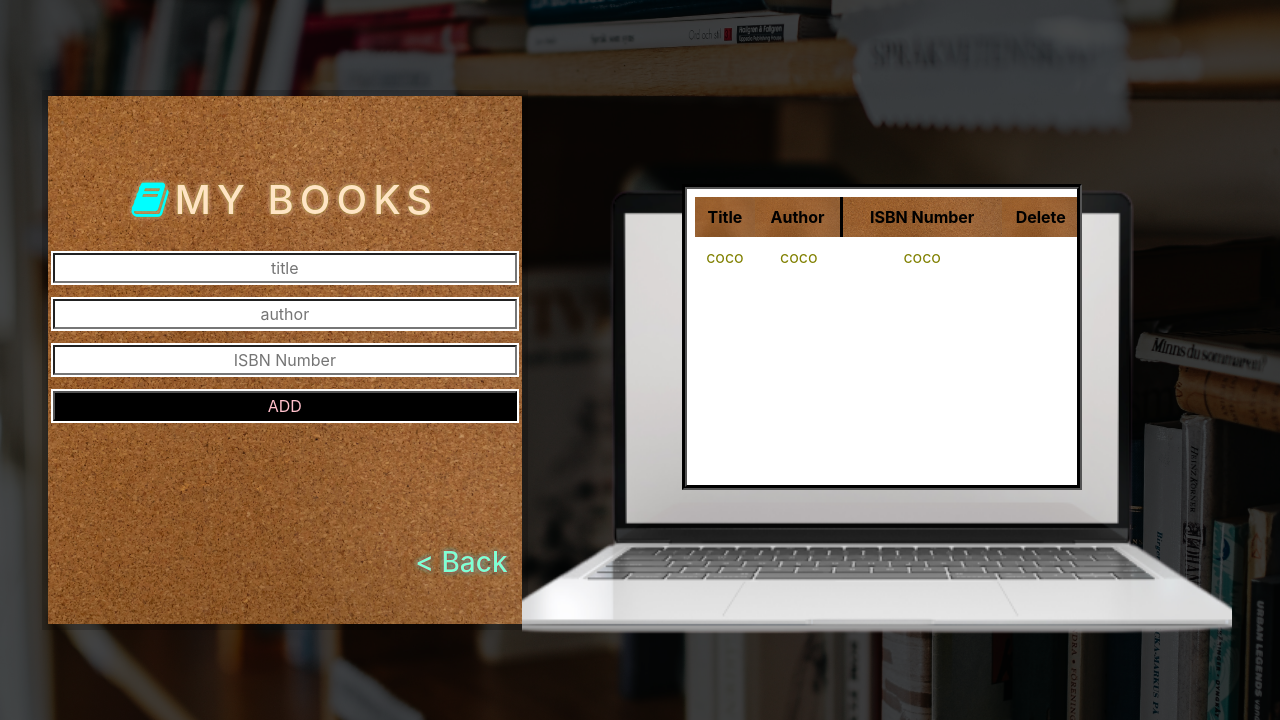
Repository: CSituma/Home-Library-App
Page: libu.html
These files come from the project's save history. The page is drawn as it stood at one moment and after the next save; the edit follows.
The browser window is 1280 px wide. The pictures show the whole page.
Some web libraries are served in a nearby version.

Above is the page before, as saved 2020-11-10 10:06:47.

### libu.html
<!DOCTYPE html>
<html lang="en">
<head>
    <meta charset="UTF-8">
    <meta name="viewport" content="width=device-width, initial-scale=1.0">
    <meta http-equiv="X-UA-Compatible" content="ie=edge">
    <link rel="stylesheet" href="style.css">
    <link rel="stylesheet" href="https://cdnjs.cloudflare.com/ajax/libs/font-awesome/4.7.0/css/font-awesome.min.css"/>
<link rel="stylesheet" href="https://stackpath.bootstrapcdn.com/bootstrap/4.5.0/css/bootstrap.min.css" integrity="sha384-9aIt2nRpC12Uk9gS9baDl411NQApFmC26EwAOH8WgZl5MYYxFfc+NcPb1dKGj7Sk" crossorigin="anonymous"/>
<link rel="stylesheet" href="https://cdnjs.cloudflare.com/ajax/libs/animate.css/4.0.0/animate.min.css"/>
  <title>BOOK TRACKER</title>
</head>
<body>
    <div class="columns">
        <div class="js">

            <h1><i class="fa fa-book"></i>MY BOOKS</h1>
            <form id="form">
                <input type= "text" id= "title"  placeholder="title">
                <input type= "text" id= "author" placeholder="author" >
                <input type= "text" id= "number" placeholder="ISBN Number">
                <input type= "submit"id= "button" value="ADD">
            </form>
        <h3> <a href= "./index.html"> < Back </a></h3>
        </div>
        <div class="storage" >
              <div class="storage_items">
        <table id="table">
            <thead>
                <tr>
                <th id="title">Title</th>
                <th>Author</th>
                <th>ISBN Number</th>
                <th>Delete</th>
                </tr>
                </thead>
                <tbody class="Booklist" id="booklist">
                      <tr>
                          <td>coco</td>
                          <td>coco</td>
                          <td>coco</td>
                          <td></td>

                      </tr>
                </tbody>
            </table>
            </div>
        </div>
</div>
    <script src="lib.js"></script>
 </body>
 </html>

### style.css
/*homepage//////////////*/
body,
html {
  width: 100%;
  margin: 0;
  padding: 0;
  height: 100%;
  background: url("./images/sandra-seitamaa-qkIWnKtGhg4-unsplash.jpg")
    center/cover no-repeat fixed;
}

.container {
  margin: 10em 20em 20em 20em;
  height: 400px;
  width: 40%;
  background-color: rgba(146, 116, 15, 0.445);
  text-align: center;
}

.lol {
  padding-top: 5em;
  font-weight: 800;
  font-style: italic;
}
span {
  color: yellow;
  font-weight: 400;
}
#lolone {
  color: ghostwhite;
}

h3 {
  padding-top: 4em;
  float: right;
  margin-right: 0.5em;
  font-weight: 900;
  font-size: 2rem;
  text-shadow: 0 0 3px #FF0000, 0 0 5px aqua;
}

h3 a {
  text-decoration: none;
 color: aquamarine;

}

h3 a:hover {
  text-decoration: none;
  color: burlywood;
}

#you {
  padding: 1rem;
  color: gold;
}

/*library////////////////*/
.columns {
  display: flex;
  justify-content: space-between;
  max-width: 100%;
  max-height: 100%;
  background: rgba(0, 0, 0, 0.692) fixed;

}
h1{
  letter-spacing: 6px;
  text-shadow: 0 0 3px olive, 0 0 5px pink;
  padding-top:2em;
  margin: 0;
  color: bisque;

}
table {
  background: black;
  width: 100%;
  margin:0.5em;
  margin-left:0.2em;
  text-align: center;
  color:white;

}


td{
  margin: 2em;
}
tr{
  border-left: white 5px solid;
  height: 40px;
}
th {
  color: black;
  background:url('./images/josephine-bredehoft-KsAo8ouBn8A-unsplash.jpg') center/cover no-repeat;
  outline: none;
}
tbody tr:nth-child(odd){
  background:white;
 color: olive;
}
tbody tr:nth-child(odd):hover {
  box-shadow: 0 0 0 2px white;

}
tbody tr:nth-child(even){
background:black;

}
tbody tr:nth-child(even):hover{
  box-shadow: 0 0 0 2px gray;
}

 .fa {
   color:aqua;
 }
 .fa:hover{
   font-size:1.3em;
 }
form {
  padding: 0.3em;
  margin-top: 1em;
}

form input {
  width: 100%;
  margin: 0.5em 0;
  -webkit-box-shadow: 0 0 0 2px white;
  box-shadow: 0 0 0 2px white;
}

:placeholder-shown {
  text-align: center;
}

#button {
  color: pink;
  background-color: black;
}

/*/////////////////////////////////*/
.storage_items {

  background-color: white;
  width:100%;
  max-height: 70%;
  margin-left: 8em;
  margin-top: 5em;
  margin-bottom: 2em;
  border: rgb(0, 0, 0) 5px solid;
  border-style: groove;
  padding-bottom: 15em;
  overflow: scroll;
  scroll-behavior: smooth;
  scrollbar-width: 2px;
}
.storage {
  background:url("./images/1463-removebg-preview.png") center/cover no-repeat;
  width: 60%;
  height: 85vh;
  margin: 6em 3em 6em 0;
  border-radius: 3px;

}
.js {
  -webkit-box-shadow: 0 0 0 6px rgba(0, 0, 0, 0.191);
  box-shadow: 0 0 0 6px rgba(0, 0, 0, 0.191);
  text-align: center;
  width: 40%;
  margin: 6em 0em 6em 3em;
  background: url("./images/josephine-bredehoft-KsAo8ouBn8A-unsplash.jpg")
    center/cover no-repeat;
}

@media screen and (max-width:1000px) {
  .storage{
    margin-right: 0;

    background: url("./images/719-removebg-preview.png") center/cover no-repeat;
  }
  .storage_items{
    margin:0;
    font-size: 13px;
   border: 10px solid black;
   border-radius: 45px;
   border-bottom-right-radius:5px;
   border-bottom-left-radius:5px;
   border-top-right-radius:15px;

   padding:0;
   padding-bottom: 15em;

}

.js{
  margin: 0;}


}

@media screen and (min-width:1000px) {

 .storage_items{
  max-height: 60%;
    background-color: white;
    width: 400px;
    height: 50%;
    margin-left: 10em;
    margin-top: 5.5em;

  }


 }

### lib.js
// Book Class: Represents a Book
class Book {
  constructor(title, author, isbn) {
    this.title = title;
    this.author = author;
    this.isbn = isbn;
  }
}

// UI Class: Handle UI Tasks
class UI {
//display Books.//
static displayBooks () {
 const books = Store.getBooks();
 books.forEach(((book) =>
  UI.addBookToList(book)));
}


//addbooks
static addBookToList(book) {


const bookList = document.querySelector('#booklist');
const row = document.createElement('tr');

row.innerHTML= `<td>${book.title} </td>
               <td>${book.author}</td>
               <td>${book.isbn}</td>
              <td><i class="fa fa-trash-o"></i></td>`;

bookList.appendChild(row);

}


//deletebooks
static deleteBook(el){
 if(el.classList.contains('fa')){
   el.parentElement.parentElement.remove();
  }}
////show alert msg
static showAlert(message, className){
const div = document. createElement('div');
div.className = `alert alert-${className}`;
div.appendChild(document.createTextNode(message));
const button = document.getElementById('button');
const form = document.getElementById('form');


form.insertBefore(div, button);


//message vanishing//

setTimeout(() => {
  document.querySelector('.alert').remove();
}, 3000);

}

//clear fields//

static clearFields() {
  document.querySelector('#title').value = '';
  document.querySelector('#author').value = '';
  document.querySelector('#number').value = '';
}

}

///Events:
/* 1. Display Books */

document.addEventListener('DOMContentLoaded', UI.displayBooks);

/* 2. Add Books*/
document.querySelector("#form").addEventListener('submit',(e) =>
{
e.preventDefault();
///get form values//
const title = document.querySelector('#title').value;
const author = document.querySelector('#author').value;
const isbn = document.querySelector('#number').value;

  // Validate
 if(title ===''|| author===''|| isbn===''){
   UI.showAlert('Please fill in the Form', 'danger')
 }
else{
  //instantiate Book
  const book = new Book(title,author,isbn);

//////Adding
UI.addBookToList(book);

Store.addBook(book);

///Show Sucess Message
UI.showAlert('Added', 'success');
//Clearfields
UI.clearFields();


 }
}
);


/////3. Remove BOOK////
document.querySelector('#booklist').addEventListener('click', (e)=>{
e.preventDefault();
//deleting from UI

UI.deleteBook(e.target);
///deleting from Store
Store.removeBook(e.target.parentElement.previousElementSibling.textContent);
//Message
UI.showAlert('Book Deleted', 'danger');

}
);

///localStorage
class Store{
  static getBooks(){
    let books;
   if (localStorage.getItem('books') === null){
     books = [];
   }
   else {
     books = JSON.parse(localStorage.getItem('books'));
   }
   return books;
  }

  static addBook(book){
    const books= Store.getBooks();
    books.push(book);
   localStorage.setItem('books',JSON.stringify(books));
  }
  static removeBook(isbn) {
    const books = Store.getBooks();

    books.forEach((book, index) => {
      if(book.isbn === isbn) {
        books.splice(index, 1);
      }
    });
    localStorage.setItem('books', JSON.stringify(books));
  }
}

After the next save:
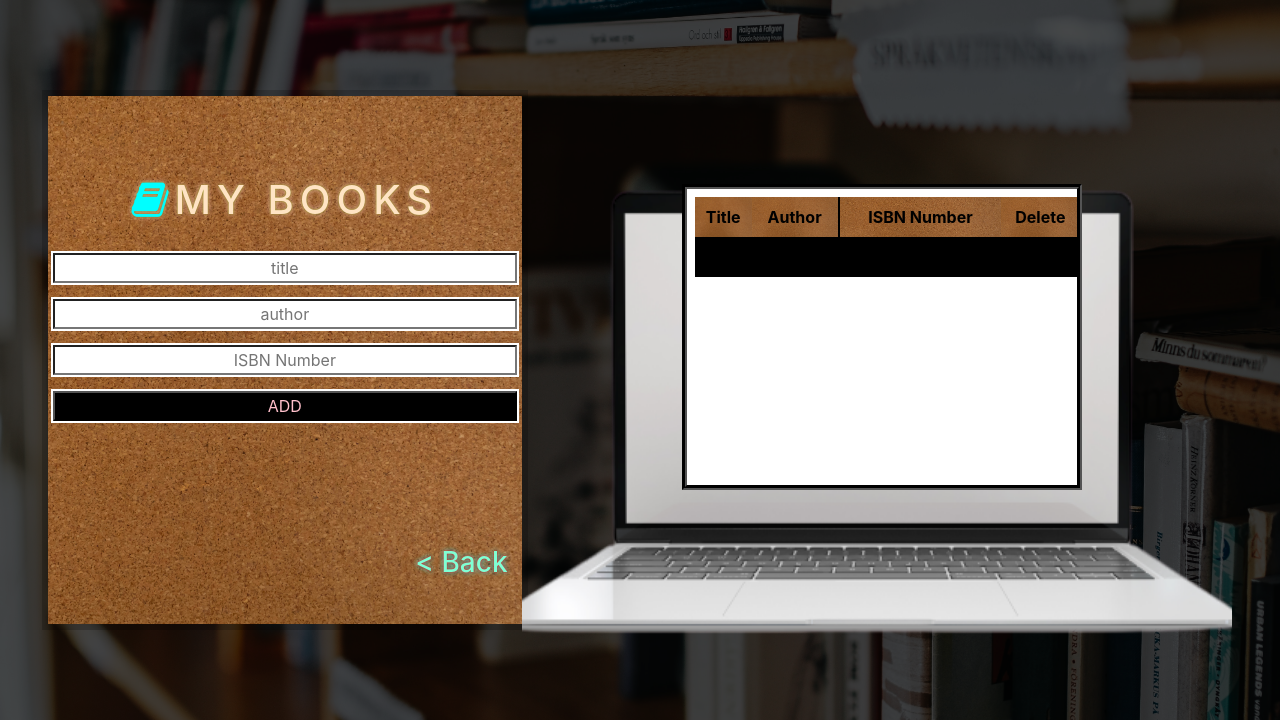
Saved 77 s later.
--- a/libu.html
+++ b/libu.html
@@ -36,10 +36,7 @@
                 </thead>
                 <tbody class="Booklist" id="booklist">
                       <tr>
-                          <td>coco</td>
-                          <td>coco</td>
-                          <td>coco</td>
-                          <td></td>
+
 
                       </tr>
                 </tbody>
